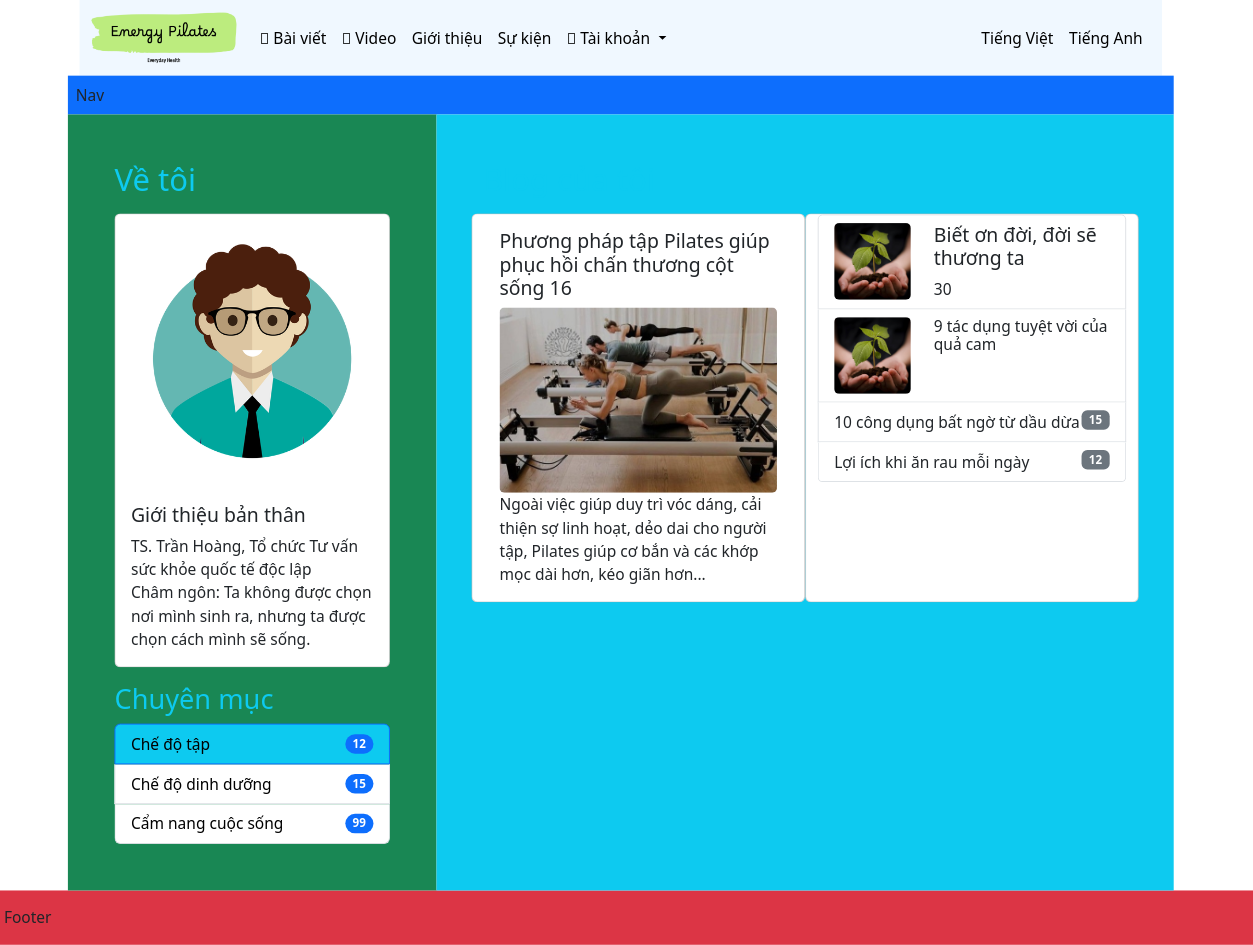
Repository: KizukoHeiwa/SOF308
Page: Lab1/index.html
An editor plug-in stored every save of this project. The page is shown before and after the next save, followed by the edit.
The browser window is 1280 px wide. The page is 1292 px wide, so the pictures cover 1292 px, including what lies to the right of the window. The pictures show the whole page, at 97% of full size.

Above is the page before, as saved 2024-10-31 10:37:21.

After the next save:
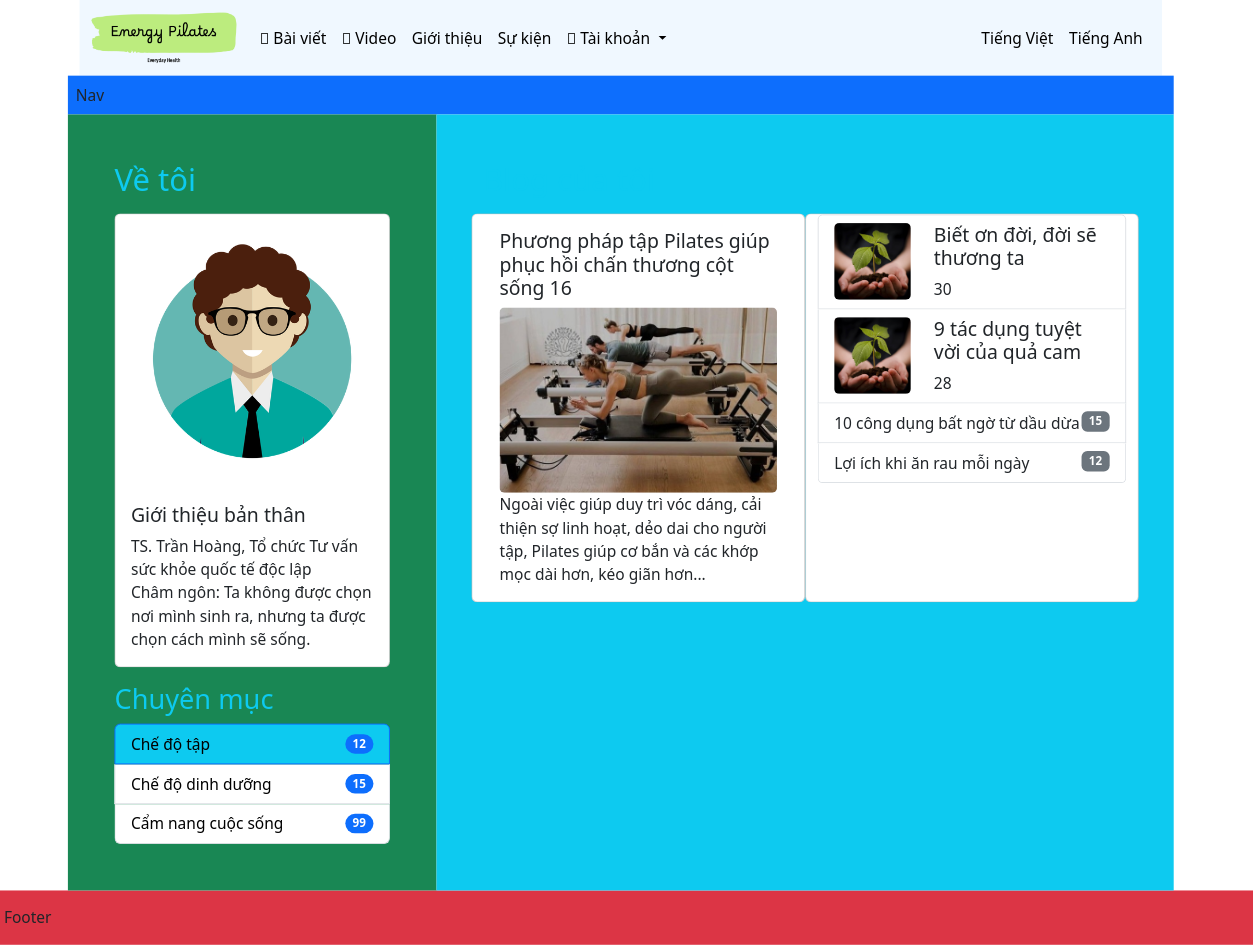
Saved 12 s later.
--- a/Lab1/index.html
+++ b/Lab1/index.html
@@ -131,7 +131,8 @@
                                             <img src="img/corevalue.jpg" alt="" class="card-img">
                                         </div>
                                         <div class="col-8">
-                                            <h6>9 tác dụng tuyệt vời của quả cam</h6>
+                                            <h5>9 tác dụng tuyệt vời của quả cam</h5>
+                                            28
                                         </div>
                                     </div>
                                 </li>
